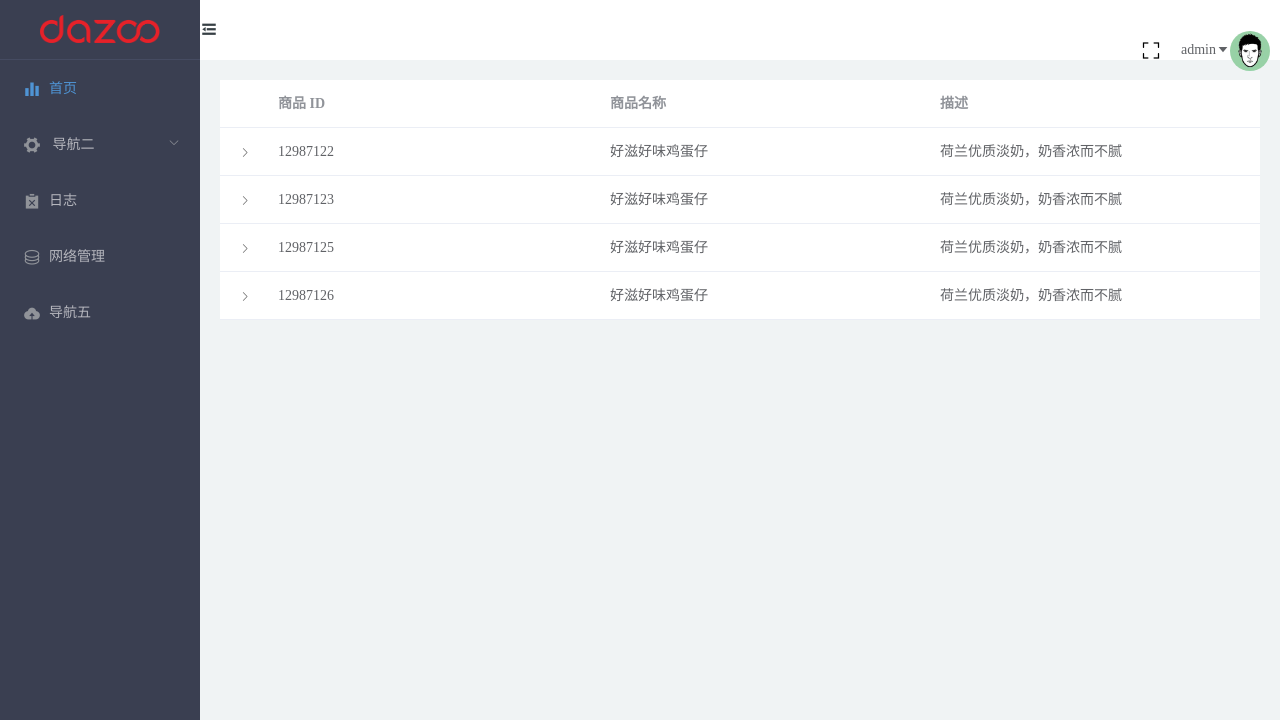
Repository: TomGodb/dazoo-admin
Page: /#/Home
An editor plug-in stored every save of this project. The page is shown before and after the next save, followed by the edit.
The browser window is 1280 px wide. The pictures show the whole page.
The project was rebuilt for these pictures with package versions that can differ from the ones it lists, and the page was loaded fresh each time. Also part of the build but not shown: vue.config.js, src/components/SlideVerify/index.vue, src/utils/request.js, src/views/login/http.js, src/views/login/index.vue.

Above is the page before, as saved 2021-01-23 14:02:51.

### public/index.html
<!DOCTYPE html>
<html lang="">
  <head>
    <meta charset="utf-8">
    <meta http-equiv="X-UA-Compatible" content="IE=edge">
    <meta name="viewport" content="width=device-width,initial-scale=1.0">
    <link rel="icon" href="<%= BASE_URL %>favicon.ico">
    <title>运维管理后台</title>
  </head>
  <body>
    <noscript>
      <strong>We're sorry but <%= htmlWebpackPlugin.options.title %> doesn't work properly without JavaScript enabled. Please enable it to continue.</strong>
    </noscript>
    <div id="app"></div>
    <!-- built files will be auto injected -->
  </body>
</html>

### src/main.js
import Vue from "vue";
import App from "./App.vue";
import router from "./router";
import store from "./store";
import ElementUI from 'element-ui';
import 'element-ui/lib/theme-chalk/index.css';
import "@/style/element.less";
Vue.config.productionTip = false;
Vue.use(ElementUI);
new Vue({
  router,
  store,
  render: h => h(App)
}).$mount("#app");

### src/App.vue
<template>
  <div id="app">
    <!-- <div id="nav">
      <router-link to="/">Home</router-link> |
      <router-link to="/about">About</router-link>
    </div> -->
    <router-view />
  </div>
</template>

<style lang="less">
* {
  padding: 0;
  margin: 0;
}
body,
html {
  height: 100%;
}
#app {
  font-family: "\5FAE\8F6F\96C5\9ED1";
  height: 100%;
}

// #nav {
//   padding: 30px;
//   a {
//     font-weight: bold;
//     color: #2c3e50;
//     &.router-link-exact-active {
//       color: #42b983;
//     }
//   }
// }
</style>

### src/router/index.js
import Vue from "vue";
import VueRouter from "vue-router";

import login from "@v/login/index.vue";
import Home from "@/Home/index.vue";
Vue.use(VueRouter);
import module from './modole'

export const currencyRoutes = [{
    path: "/",
    name: "login",
    component: login,
  },
  {
    path: "/Home",
    name: "Home",
    component: Home,
    redirect: "/dashbord",
    children: module,

  },
];
const router = new VueRouter({
  mode: "hash",
  base: process.env.BASE_URL,
  routes: currencyRoutes
});

export default router;

### src/store/index.js
import Vue from "vue";
import Vuex from "vuex";
import getters from "./getters"

Vue.use(Vuex);
export default new Vuex.Store({
  state: {
    opened: false
  },
  mutations: {
    SET_OPENED(state) {
      state.opened = !state.opened;
    },
  },
  actions: {},
  modules: {},
  getters
});

### src/style/element.less
.el-menu--collapse .el-submenu__title{
    span{
        display: none;
    }
    .el-submenu__icon-arrow {
        display: none;
    }
}
.el-header{
    height: 60px;
    position: fixed;
    top: 0;
    width: 100%;
    left: 0;
    z-index: 999;
    padding: 0px !important;
}
.table-expand {
    font-size: 0;
    & label{
        width: 90px;
        color: #99a9bf;
    }
    & .el-form-item {
        margin-right: 0;
        margin-bottom: 0;
        width: 50%;
      }
  }

### src/Home/index.vue
<template>
  <div class="home-container">
    <el-container>
      <el-header> <m-header></m-header></el-header>
      <el-container>
        <el-aside :width="opened ? '64px' : '200px'">
          <el-menu
            :default-active="activeMenu"
            class="el-menu-vertical-demo"
            background-color="#3a3f51"
            text-color="#b5b6bd"
            active-text-color="rgb(79, 148, 212)"
            mode="vertical"
            :collapse-transition="false"
            router
            :collapse="opened"
          >
            <NavMenu :navMenus="menuData"></NavMenu>
          </el-menu>
        </el-aside>
        <el-main>
          <div class="wrapper_con">
            <transition name="fade-page" mode="out-in">
              <router-view></router-view>
            </transition>
          </div>
        </el-main>
      </el-container>
    </el-container>
    <!-- <el-container>
      <el-aside :width="opened ? '64px' : '200px'">
        <el-menu
          :default-active="activeMenu"
          class="el-menu-vertical-demo"
          background-color="#3a3f51"
          text-color="#b5b6bd"
          active-text-color="rgb(79, 148, 212)"
          mode="vertical"
          :collapse-transition="false"
          router
          :collapse="opened"
        >
          <NavMenu :navMenus="menuData"></NavMenu>
        </el-menu>
      </el-aside>
      <el-container>
        <el-header>
          <m-header></m-header>

        </el-header>
        <el-main>
          <transition name="fade-page" mode="out-in">
            <router-view></router-view>
          </transition>
        </el-main>
      </el-container>
    </el-container> -->
  </div>
</template>

<script>
import NavMenu from "./NavMenu";
import { mapGetters } from "vuex";
import MHeader from "./Header";
import { menuData } from "./NavMenu/meunDataRouter";
export default {
  components: {
    NavMenu,
    MHeader,
  },
  data() {
    return {
      menuData,
    };
  },
  computed: {
    activeMenu() {
      return this.$route.path;
    },
    ...mapGetters(["opened"]),
  },
};
</script>

<style lang="less" scoped>
.home-container {
  height: 100%;
  .el-aside {
    margin-top: 60px;
    transition: width 0.3s;
    overflow: hidden;
    background-color: rgb(58, 63, 81);
  }
  .el-menu {
    border-right: 0px !important;
  }
  .fade-page-enter-active,
  .fade-page-leave-active {
    transition: all 0.5s;
  }
  .fade-page-enter {
    opacity: 0;
    transform: translateX(-30px);
  }
  .fade-page-leave-to {
    opacity: 0;
    transform: translateX(-30px);
  }
}
.el-container {
  height: 100%;
}
.el-main {
  background-color: #f0f3f4;
}
.wrapper_con {
  margin-top: 60px;
  height: calc(100% - 60px);
}
</style>

### src/router/modole/index.js
import aaa from './aaa'
let routesArray = []

let toArray = (pages) => {
  Object.keys(pages).forEach((key) => {
    let obj = pages[key]
    Object.keys(obj).forEach((key) => {
      routesArray.push(obj[key])
    })
  })
}
toArray([aaa])

export default routesArray

### src/store/getters.js

const getters ={
    opened(state){
        return state.opened
    }
}
export default getters;

### src/Home/NavMenu/index.vue
<template>
  <div class="navMenu">

    <template v-for="navMenu in navMenus">
      <!-- 最后一级菜单 -->
      <el-menu-item
        v-if="!navMenu.children && navMenu"
        :key="navMenu.id"
        :data="navMenu"
        :index="navMenu.path"
      >
        <i :class="navMenu.meta.icon"></i>
        <span slot="title">{{ navMenu.meta.title }}</span>
      </el-menu-item>
      <!-- 此菜单下还有子菜单 -->
      <el-submenu
        v-if="navMenu.children && navMenu"
        :key="navMenu.id"
        :data="navMenu"
        :index="navMenu.path"
      >
        <template slot="title">
          <i :class="navMenu.meta.icon"></i>
          <span> {{ navMenu.meta.title }}</span>
        </template>
        <!-- 递归 -->
        <NavMenu :navMenus="navMenu.children"></NavMenu>
      </el-submenu>
    </template>
  </div>
</template>

<script>
import { mapGetters } from "vuex";
export default {
  computed: {
    ...mapGetters(["opened"]),
  },
  name: "NavMenu",
  props: ["navMenus"],
  data() {
    return {};
  },
  methods: {},
};
</script>
<style lang="less" scoped>

</style>

### src/Home/Header/index.vue
<template>
  <div class="sideCollapse">
    <header-l></header-l>
    <div class="sideCollapse-left" id="domColapse">
      <i
        :class="{ 'el-icon-s-unfold': opened, 'el-icon-s-fold': !opened }"
        @click="toggleOpen()"
      ></i>
    </div>
    <div class="sideCollapse-right">
      <user-dropdown></user-dropdown>
    </div>
  </div>
</template>

<script>
import { mapGetters } from "vuex";
import UserDropdown from "./UserDropdown";
import headerL from "./logo";
export default {
  components: {
    UserDropdown,
    headerL,
  },
  computed: {
    ...mapGetters(["opened"]),
  },
  methods: {
    toggleOpen() {
      this.$store.commit("SET_OPENED");
    },
  },
};
</script>
<style lang="less" scoped>
.sideCollapse-left {
  float: left;
  font-size: 18px;
  color: #363f44;
  cursor: pointer;
}
.sideCollapse {
  background-color: white;
  line-height: 60px;
  height: 100%;
}
.sideCollapse-right {
  float: right;
  padding: 20px 0px 0px 0px;
}

</style>

### src/Home/NavMenu/meunDataRouter.js
const menuData = [{
        id: 1,
        meta: {
            title: "首页",
            icon: "el-icon-s-data"
        },
        path: "/dashbord",
    },
    {
        id: 2,
        meta: {
            title: "导航二",
            icon: "el-icon-s-tools"
        },
        path: "/dashbord/aaa",

        children: [{

            path: "/dashbord/aaa",
            meta: {
                title: "导航2-1",
                icon: "el-icon-s-tools"
            },
        }]
    },
    {
        id: 3,
        meta: {
            title: "日志",
            icon: "el-icon-s-release"
        },
        path: "/",
    },
    {
        id: 4,
        meta: {
            title: "网络管理",
            icon: "el-icon-coin"
        },
        path: "/",
    },
    {
        id: 5,
        meta: {
            title: "导航五",
            icon: "el-icon-upload"
        },
        path: "/",
    },
]

export {
    menuData
}

### src/router/modole/aaa.js
export default [{
        path: "/dashbord",
        name: "Dashbord",
        component: () => import("@v/dashbord"),
        meta: {
            title: "首页",
            icon: "el-icon-s-data"
        }
    },
    {
        path: "/dashbord/aaa",
        name: "aaa",
        component: () => import("@v/aaa"),
        meta: {
            title: "aaa",
            icon: "el-icon-s-data"
        }
    },
]

### src/Home/Header/UserDropdown.vue
<template>
  <div>
    <div class="hoverBag" @click="toggleFull">
      <i class="el-icon-full-screen iconFont"></i>
    </div>
    <el-dropdown class="userDd hoverBag" @command="handleCommand">
      <div class="userDrop">
        <span class="userDrop_text">
          admin<i class="el-icon-caret-bottom"></i
        ></span>
        <img src="@a/ImgSrc/header_images/user01.jpg" alt="user" />
      </div>
      <el-dropdown-menu solt="dropdown">
        <el-dropdown-item
          v-for="(item, index) in dropdownList"
          :key="index"
          :command="index"
        >
          <i :class="item.icon"></i>{{ item.title }}
        </el-dropdown-item>
        <!-- <el-dropdown-item>
          <i class=""></i>
        </el-dropdown-item>
        <el-dropdown-item divided>
          <i class=""></i>
        </el-dropdown-item> -->
      </el-dropdown-menu>
    </el-dropdown>
  </div>
</template>
<script>
import screenfull from "screenfull";
export default {
  data() {
    return {
      dropdownList: [
        {
          icon: "el-icon-s-home",
          title: "首页",
          path: "/Home",
        },
        {
          icon: "el-icon-s-custom",
          title: "个人信息",
          path: "/dashbord/aaa",
        },
        {
          icon: "el-icon-switch-button",
          title: "登出",
          path: "/",
        },
      ],
    };
  },
  methods: {
    handleCommand(index) {
      this.$router.push(this.dropdownList[index].path);
    },
    toggleFull() {
      screenfull.toggle();
    },
  },
};
</script>
<style lang="less" scoped>
.iconFont {
  font-size: 20px;
  vertical-align: middle;
}
.userDrop img {
  vertical-align: middle;
  display: inline-block;
  width: 40px;
  height: 40px;
  border-radius: 50%;
  vertical-align: middle;
}

.hoverBag {
  cursor: pointer;
  height: 100%;
  padding: 0px 10px;
  float: left;
}
.hoverBag:hover {
  background: #f0f3f4;
}
</style>

### src/Home/Header/logo.vue
<template>
  <div>
    <div class="header_l" :style="{ width: opened ? '64px' : '200px' }">
      <img
        :src="
          require(opened
            ? '@a/ImgSrc/Home-logo/dazoo-logo.png'
            : '@a/ImgSrc/Home-logo/logo.jpg')
        "
        alt="logo"
        title="logo"
      />
    </div>
  </div>
</template>
<script>
import { mapGetters } from "vuex";
export default {
  computed: {
    ...mapGetters(["opened"]),
  },
};
</script>
<style lang="less" scoped>
.header_l {
  transition: width 0.3s;
  float: left;
  background-color: #3a3f51;
  border-bottom: 1px solid #454b61;
  width: 200px;
  height: 59px;
  text-align: center;
  font-size: 15px;
  font-weight: 700;
  img {
    height: 28px;
    vertical-align: middle;
    position: relative;
    top: -3px;
  }
}
</style>

### src/views/dashbord/index.vue
<template>
  <div>
    <el-table :data="tableData" style="width: 100%">
      <el-table-column type="expand">
        <template slot-scope="props">
          <el-form label-position="left" inline class="table-expand">
            <el-form-item label="商品名称">
              <span>{{ props.row.name }}</span>
            </el-form-item>
            <el-form-item label="所属店铺">
              <span>{{ props.row.shop }}</span>
            </el-form-item>
            <el-form-item label="商品 ID">
              <span>{{ props.row.id }}</span>
            </el-form-item>
            <el-form-item label="店铺 ID">
              <span>{{ props.row.shopId }}</span>
            </el-form-item>
            <el-form-item label="商品分类">
              <span>{{ props.row.category }}</span>
            </el-form-item>
            <el-form-item label="店铺地址">
              <span>{{ props.row.address }}</span>
            </el-form-item>
            <el-form-item label="商品描述">
              <span>{{ props.row.desc }}</span>
            </el-form-item>
          </el-form>
        </template>
      </el-table-column>
      <el-table-column label="商品 ID" prop="id"> </el-table-column>
      <el-table-column label="商品名称" prop="name"> </el-table-column>
      <el-table-column label="描述" prop="desc"> </el-table-column>
    </el-table>
  </div>
</template>
<script>
export default {
  data() {
    return {
      tableData: [
        {
          id: "12987122",
          name: "好滋好味鸡蛋仔",
          category: "江浙小吃、小吃零食",
          desc: "荷兰优质淡奶，奶香浓而不腻",
          address: "上海市普陀区真北路",
          shop: "王小虎夫妻店",
          shopId: "10333",
        },
        {
          id: "12987123",
          name: "好滋好味鸡蛋仔",
          category: "江浙小吃、小吃零食",
          desc: "荷兰优质淡奶，奶香浓而不腻",
          address: "上海市普陀区真北路",
          shop: "王小虎夫妻店",
          shopId: "10333",
        },
        {
          id: "12987125",
          name: "好滋好味鸡蛋仔",
          category: "江浙小吃、小吃零食",
          desc: "荷兰优质淡奶，奶香浓而不腻",
          address: "上海市普陀区真北路",
          shop: "王小虎夫妻店",
          shopId: "10333",
        },
        {
          id: "12987126",
          name: "好滋好味鸡蛋仔",
          category: "江浙小吃、小吃零食",
          desc: "荷兰优质淡奶，奶香浓而不腻",
          address: "上海市普陀区真北路",
          shop: "王小虎夫妻店",
          shopId: "10333",
        },
      ],
    };
  },
};
</script>
<style lang="less" scoped></style>

After the next save:
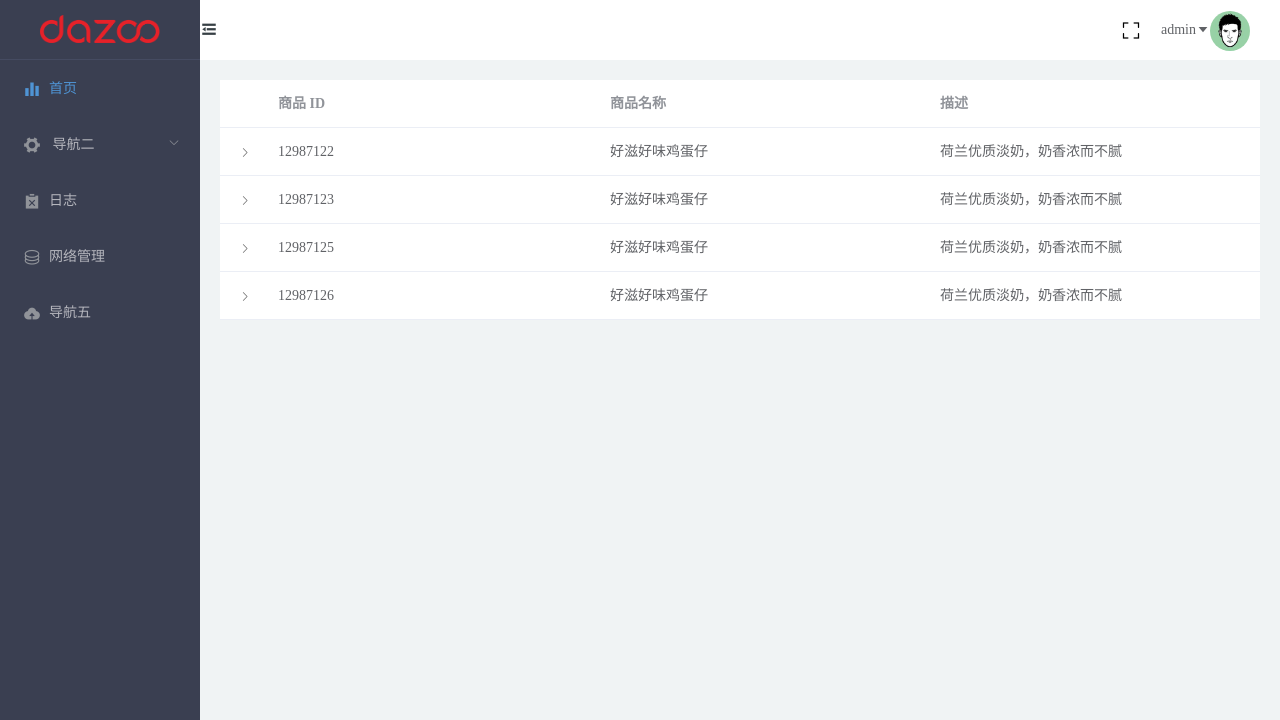
Saved 22 s later.
--- a/src/Home/Header/index.vue
+++ b/src/Home/Header/index.vue
@@ -46,7 +46,7 @@ export default {
 }
 .sideCollapse-right {
   float: right;
-  padding: 20px 0px 0px 0px;
+  padding: 0px 20px 0px 0px;
 }
 
 </style>
